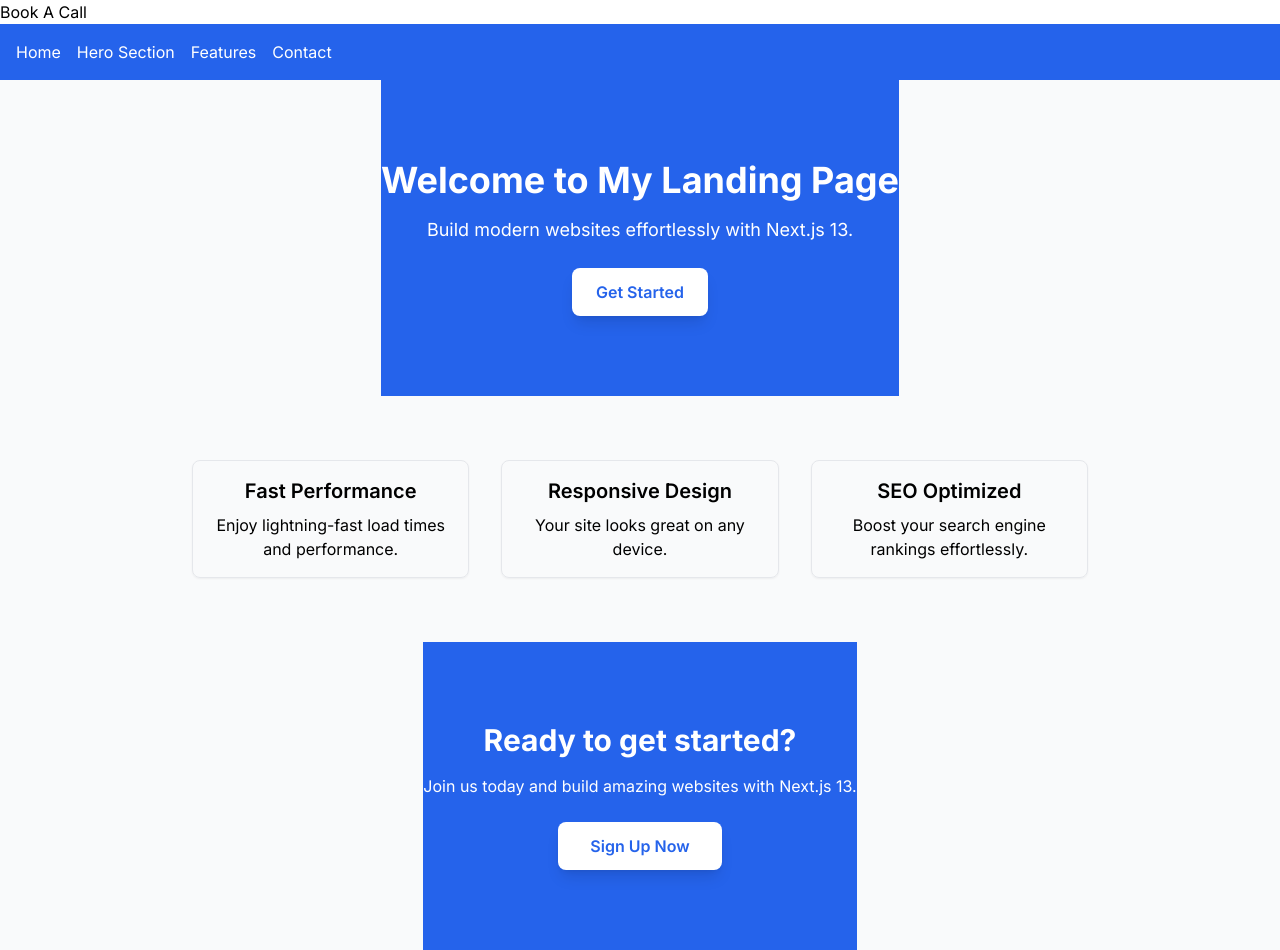
Repository: TheSecretlifeOfX/landing1
Page: /
These files come from the project's save history. The page is drawn as it stood at one moment and after the next save; the edit follows.
The browser window is 1280 px wide. The pictures show the whole page.
The project was rebuilt for these pictures with package versions that can differ from the ones it lists, and the page was loaded fresh each time. The framework's server and built-in components were replaced by stand-ins that run in the browser. Also part of the build but not shown: next.config.js.

Above is the page before, as saved 2024-11-13 21:31:36.

### app/layout.tsx
import Link from 'next/link'
import './globals.css'
import type { Metadata } from 'next'
import { Inter } from 'next/font/google'

import Navbar from "@/app/components/Navbar";


const inter = Inter({ subsets: ['latin'] })

export const metadata: Metadata = {
  title: 'Create Next App',
  description: 'Generated by create next app',
}

export default function RootLayout({
  children,
}: {
  children: React.ReactNode
}) {
  return (
    <html lang="en">
      <body className={inter.className}>
      <nav>
        <h1>Book A Call</h1>
        <Navbar />
      </nav>
      {children}</body>
    </html>
  )
}

### app/page.tsx
import HeroSection from "@/app/components/HeroSection";
import FeaturesSection from "@/app/components/FeaturesSection";
import CallToAction from "@/app/components/CallToAction";

// app/page.tsx
export default function Home() {
  return (
    <main className="flex flex-col items-center justify-center min-h-screen px-4 bg-gray-50">
      <HeroSection />
      <FeaturesSection />
      <CallToAction />
    </main>
  );
}

### app/components/Navbar.tsx
// src/components/Navbar.tsx
import React from "react";
import Link from "next/link";

export default function Navbar() {
  return (
    <nav className="bg-blue-600 p-4 text-white">
      <ul className="flex space-x-4">
        <li>
          <Link href="#" className="hover:text-gray-200">
            Home
          </Link>
        </li>
        <li>
          <Link href="#hero" className="hover:text-gray-200">
            Hero Section
          </Link>
        </li>
        <li>
          <Link href="#features" className="hover:text-gray-200">
            Features
          </Link>
        </li>
        <li>
          <Link href="#contact" className="hover:text-gray-200">
            Contact
          </Link>
        </li>
      </ul>
    </nav>
  );
}

### app/components/HeroSection.tsx
// components/HeroSection.tsx
export default function HeroSection() {
    return (
      <section id="hero" className="text-center py-20 bg-blue-600 text-white">
        <h1 className="text-4xl font-bold mb-4">Welcome to My Landing Page</h1>
        <p className="text-lg mb-6">Build modern websites effortlessly with Next.js 13.</p>
        <button className="px-6 py-3 bg-white text-blue-600 font-semibold rounded-lg shadow-lg hover:bg-gray-100">
          Get Started
        </button>
      </section>
    );
  }

### app/components/FeaturesSection.tsx
// components/FeaturesSection.tsx
export default function FeaturesSection() {
    return (
      <section id="features" className="py-16">
        <div className="max-w-4xl mx-auto grid grid-cols-1 md:grid-cols-3 gap-8">
          <Feature
            title="Fast Performance"
            description="Enjoy lightning-fast load times and performance."
          />
          <Feature
            title="Responsive Design"
            description="Your site looks great on any device."
          />
          <Feature
            title="SEO Optimized"
            description="Boost your search engine rankings effortlessly."
          />
        </div>
      </section>
    );
  }

  function Feature({ title, description }: { title: string; description: string }) {
    return (
      <div className="text-center p-4 border rounded-lg shadow-sm">
        <h3 className="text-xl font-semibold mb-2">{title}</h3>
        <p>{description}</p>
      </div>
    );
  }

### app/components/CallToAction.tsx
// components/CallToAction.tsx
export default function CallToAction() {
    return (
      <section id="contact" className="py-20 text-center bg-blue-600 text-white">
        <h2 className="text-3xl font-bold mb-4">Ready to get started?</h2>
        <p className="mb-6">Join us today and build amazing websites with Next.js 13.</p>
        <button className="px-8 py-3 bg-white text-blue-600 font-semibold rounded-lg shadow-lg hover:bg-gray-100">
          Sign Up Now
        </button>
      </section>
    );
  }

Loaded but not shown: app/globals.css (common file); tailwind.config.js (common file)

After the next save:
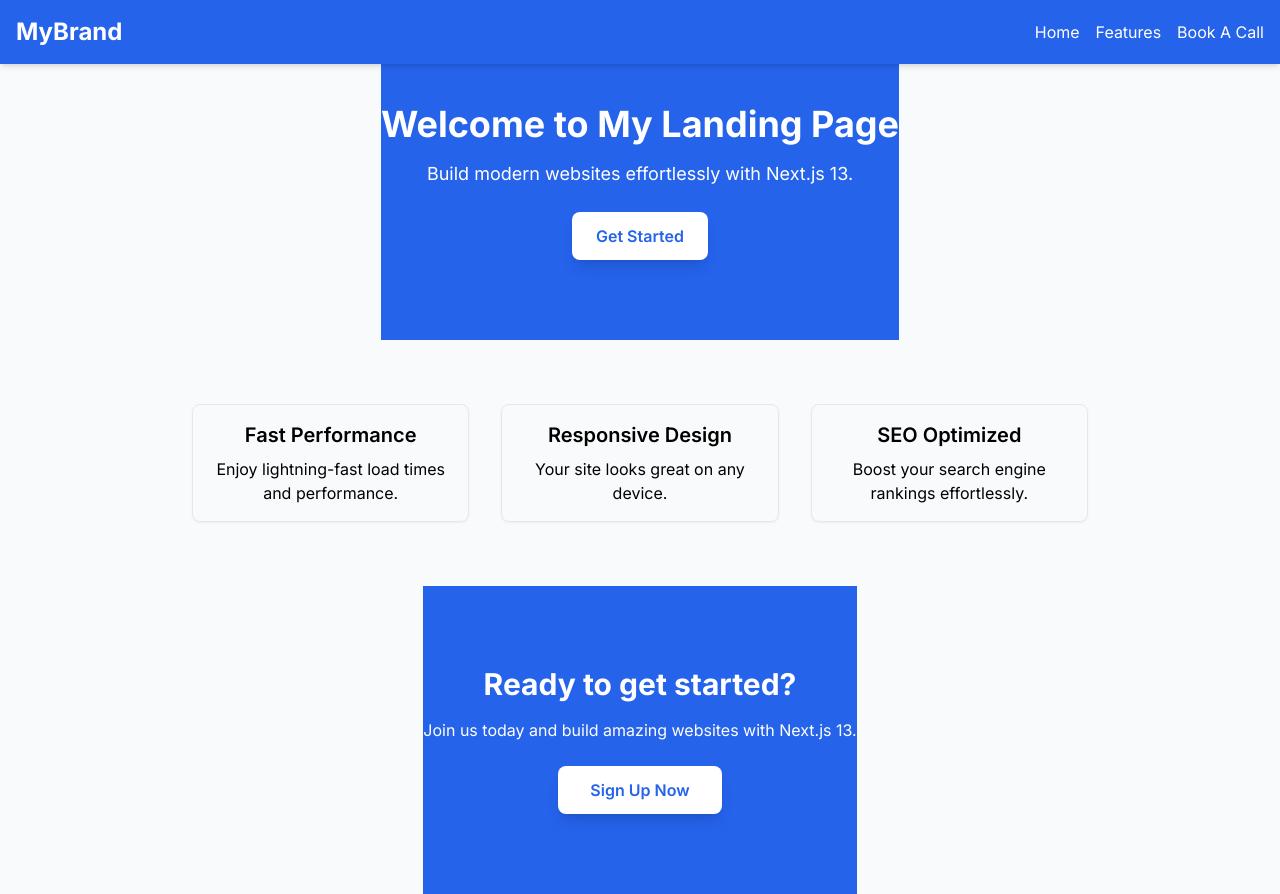
Saved 5 min 1 s later.
--- a/app/components/Navbar.tsx
+++ b/app/components/Navbar.tsx
@@ -4,29 +4,29 @@ import Link from "next/link";
 
 export default function Navbar() {
   return (
-    <nav className="bg-blue-600 p-4 text-white">
-      <ul className="flex space-x-4">
-        <li>
-          <Link href="#" className="hover:text-gray-200">
-            Home
-          </Link>
-        </li>
-        <li>
-          <Link href="#hero" className="hover:text-gray-200">
-            Hero Section
-          </Link>
-        </li>
-        <li>
-          <Link href="#features" className="hover:text-gray-200">
-            Features
-          </Link>
-        </li>
-        <li>
-          <Link href="#contact" className="hover:text-gray-200">
-            Contact
-          </Link>
-        </li>
-      </ul>
+    <nav className="fixed top-0 left-0 w-full bg-blue-600 p-4 text-white shadow-md z-50">
+      <div className="container mx-auto flex justify-between items-center">
+        <div className="text-2xl font-bold">
+          <Link href="/">MyBrand</Link>
+        </div>
+        <ul className="flex space-x-4">
+          <li>
+            <a href="#hero" className="hover:text-gray-200">
+              Home
+            </a>
+          </li>
+          <li>
+            <a href="#features" className="hover:text-gray-200">
+              Features
+            </a>
+          </li>
+          <li>
+            <a href="#cta" className="hover:text-gray-200">
+              Book A Call
+            </a>
+          </li>
+        </ul>
+      </div>
     </nav>
   );
 }
